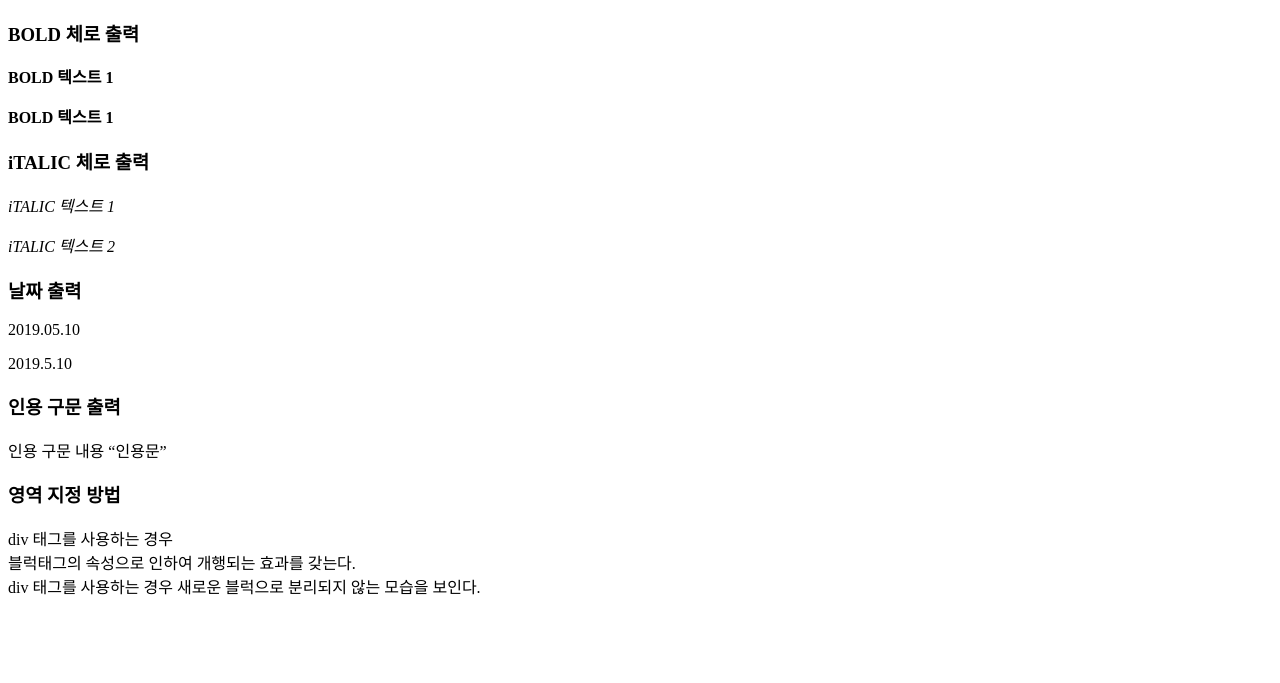
Repository: KimHeonSeung/TJE_HTML
Page: sources/day_01/WebContent/text-tag.html
An editor plug-in stored every save of this project. The page is shown before and after the next save, followed by the edit.
The browser window is 1280 px wide. The pictures show the whole page.

Above is the page before, as saved 2019-05-10 06:53:13.

### sources/day_01/WebContent/text-tag.html
<!DOCTYPE html>
<html>
<head>
<meta charset="UTF-8">
<title>텍스트 태그 사용</title>
</head>
<body>

<h3> BOLD 체로 출력 </h3>
<p><b> BOLD 텍스트 1 </b></p>
<p><strong> BOLD 텍스트 1 </strong></p>


<h3> iTALIC 체로 출력 </h3>
<p><i> iTALIC 텍스트 1  </i></p>
<p><em> iTALIC 텍스트 2 </em></p>


<h3> 날짜 출력 </h3>
<p>2019.05.10</p>
<p><time datetime = "2019-05-10">2019.5.10</time></p>


<h3> 인용 구문 출력 </h3>
<p>인용 구문 내용 <q>인용문</q></p>


<h3> 영역 지정 방법 </h3>
<div>div 태그를 사용하는 경우</div>
<div>블럭태그의 속성으로 인하여 개행되는 효과를 갖는다.</div>
<span>div 태그를 사용하는 경우</span>
<span>새로운 블럭으로 분리되지 않는 모습을 보인다.</span>


</body>
</html>

After the next save:
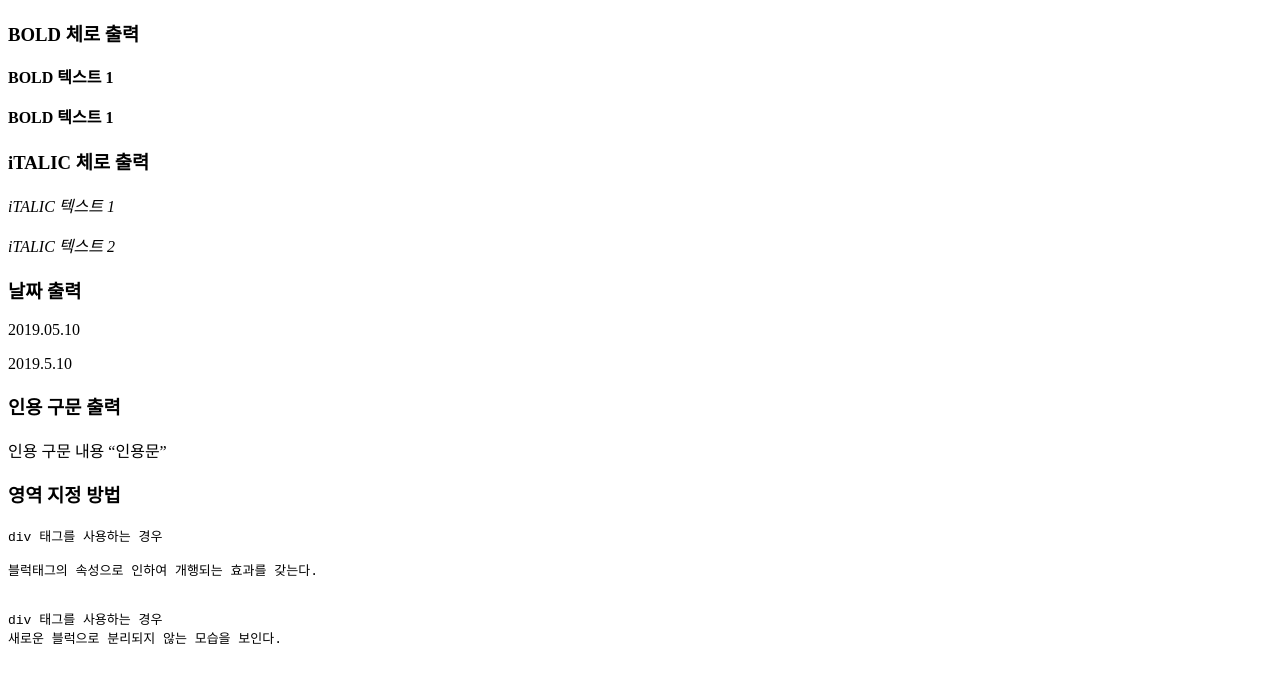
Saved 23 s later.
--- a/sources/day_01/WebContent/text-tag.html
+++ b/sources/day_01/WebContent/text-tag.html
@@ -26,10 +26,12 @@
 
 
 <h3> 영역 지정 방법 </h3>
+<pre>
 <div>div 태그를 사용하는 경우</div>
 <div>블럭태그의 속성으로 인하여 개행되는 효과를 갖는다.</div>
+
 <span>div 태그를 사용하는 경우</span>
-<span>새로운 블럭으로 분리되지 않는 모습을 보인다.</span>
+<span>새로운 블럭으로 분리되지 않는 모습을 보인다.</span> </pre>
 
 
 </body>

After the save that followed:
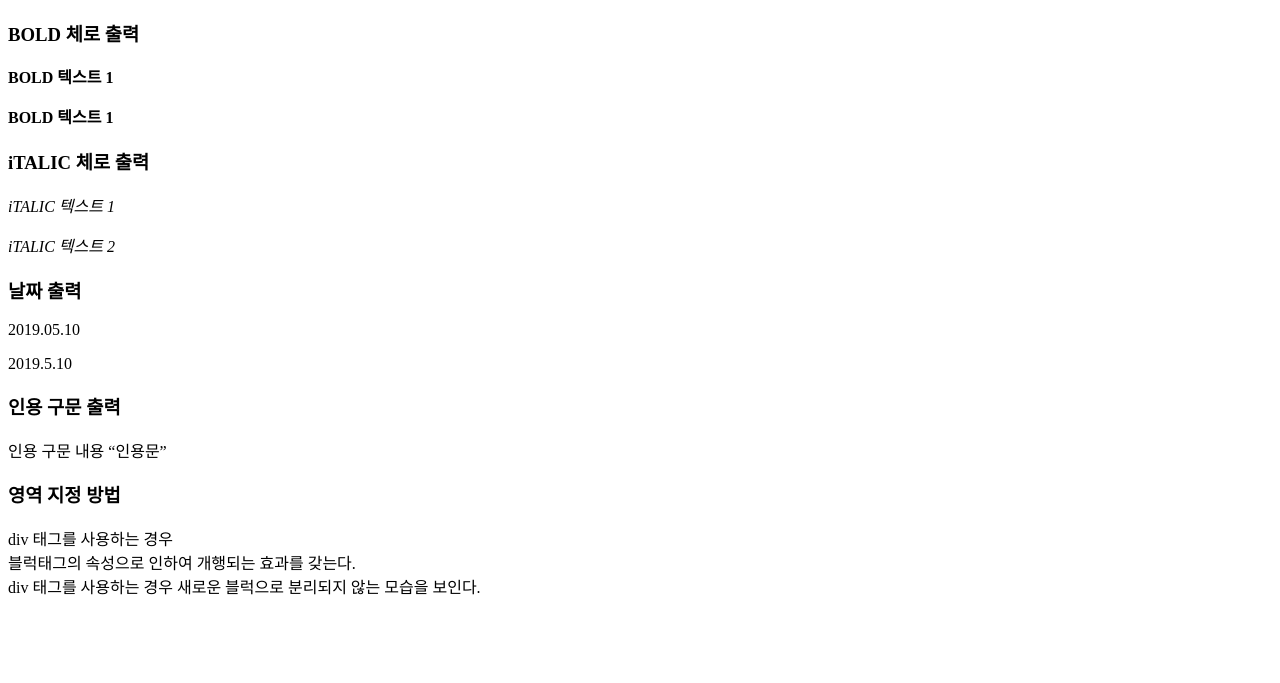
Saved 19 s later.
--- a/sources/day_01/WebContent/text-tag.html
+++ b/sources/day_01/WebContent/text-tag.html
@@ -26,12 +26,11 @@
 
 
 <h3> 영역 지정 방법 </h3>
-<pre>
 <div>div 태그를 사용하는 경우</div>
 <div>블럭태그의 속성으로 인하여 개행되는 효과를 갖는다.</div>
 
 <span>div 태그를 사용하는 경우</span>
-<span>새로운 블럭으로 분리되지 않는 모습을 보인다.</span> </pre>
+<span>새로운 블럭으로 분리되지 않는 모습을 보인다.</span>
 
 
 </body>
